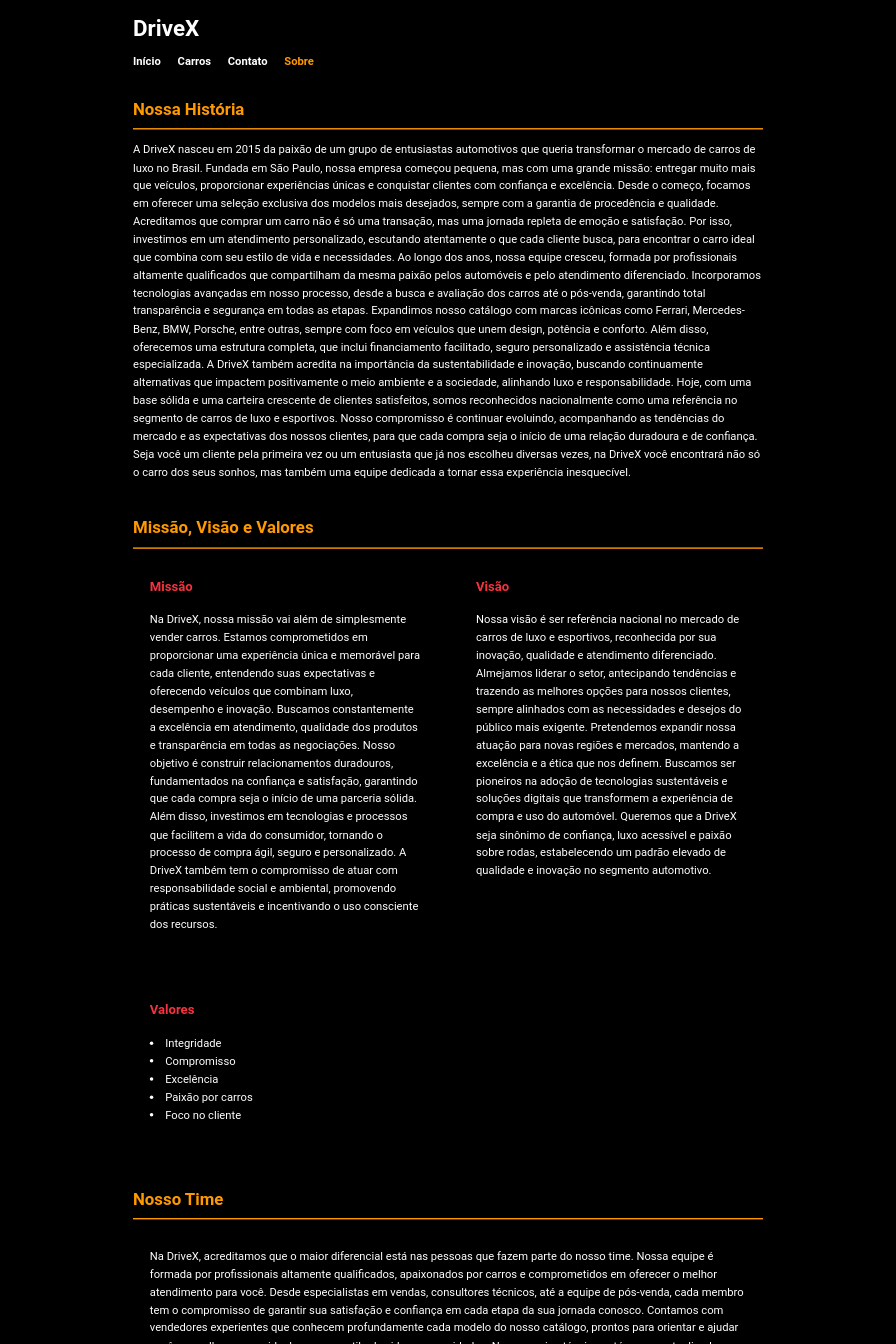
Repository: Mateushlp/DriveX
Page: sobre.html
The author's editor kept a copy of each file at every save. The page is drawn from the files as they stood at one save, then again after a run of saves.
The browser window is 1280 px wide. The pictures show the part of the page from y = 0 to 1920 px (the page is 3247 px tall), at 70% of full size.

Above is the page before, as saved 2025-06-23 22:48:10.

After the next 4 saves:
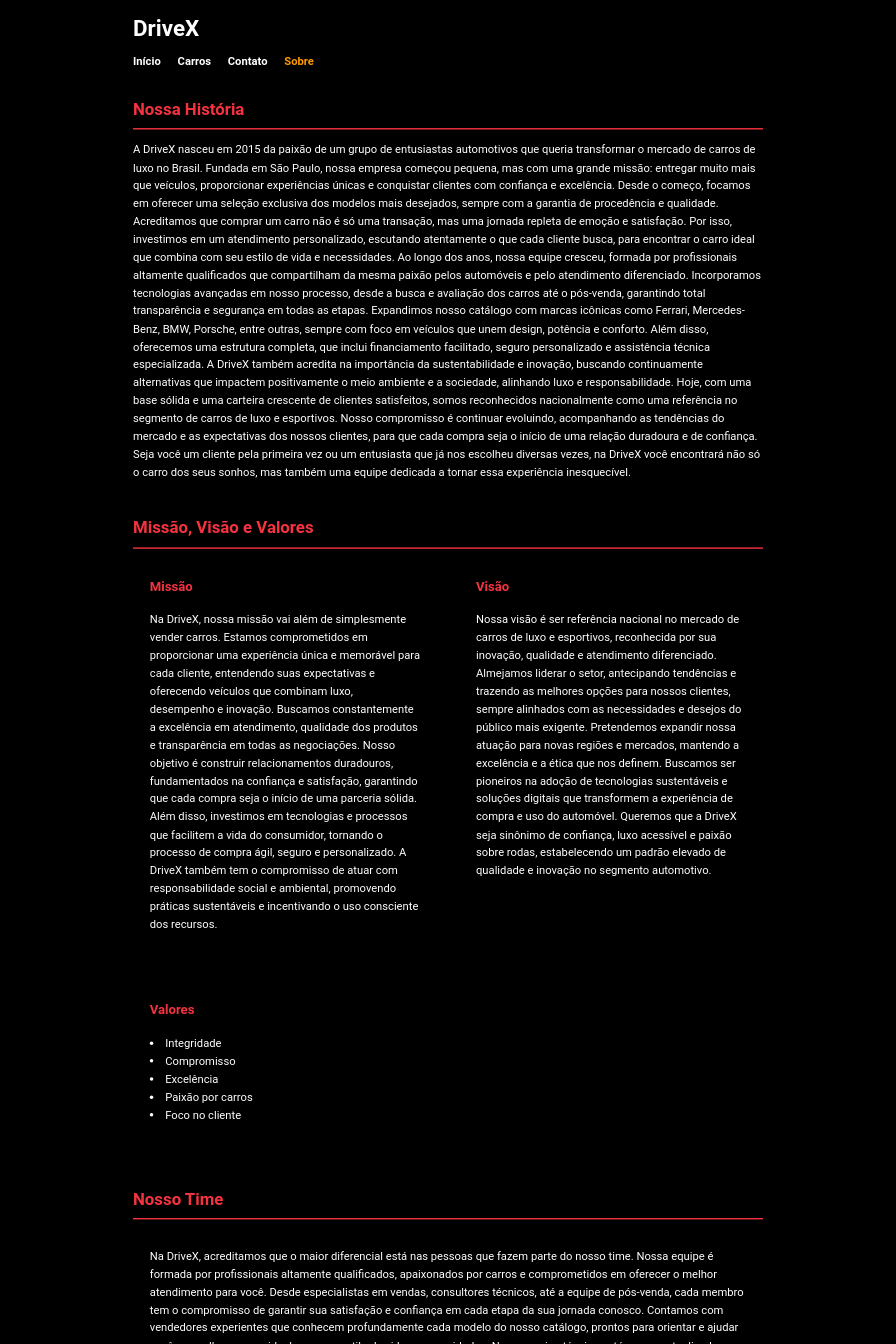
The 4 saves are shown as one change because they came seconds apart.
The last was saved 11 s later.
--- a/sobre.css
+++ b/sobre.css
@@ -53,9 +53,9 @@
 }
 
 h2 {
-  color: #f90;
+  color: #f53340;
   margin-bottom: 1rem;
-  border-bottom: 2px solid #f90;
+  border-bottom: 2px solid #f53340;
   padding-bottom: 0.5rem;
 }
 
